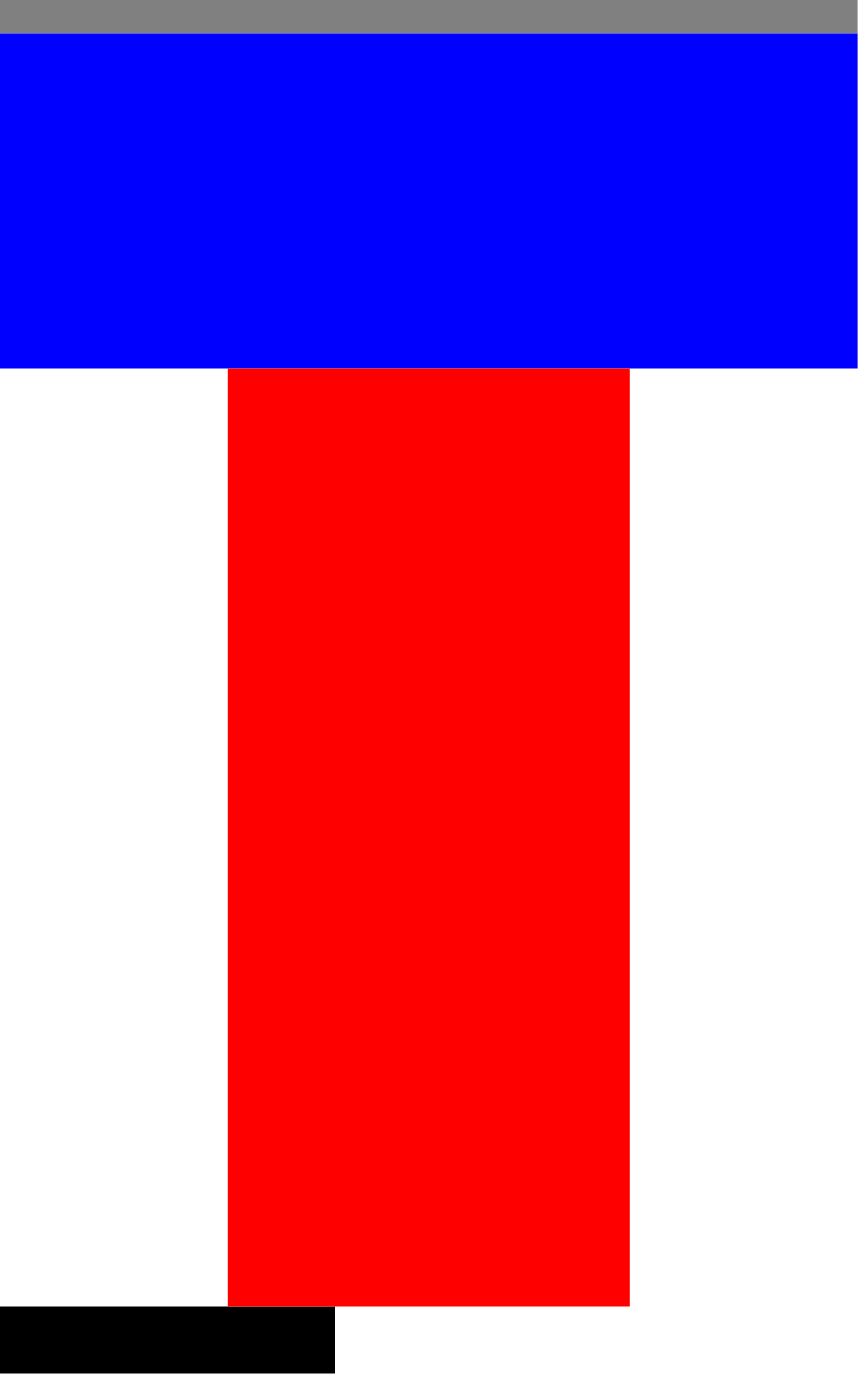
Repository: yukito7878/HTML-CSS-practice
Page: caravan/index.html
The author's editor kept a record of every edit. The page is drawn from the files as they stood at one moment, then again after the next edit.
The browser window is 1280 px wide. The pictures show the whole page, at 67% of full size.

Above is the page before.

After the next edit:
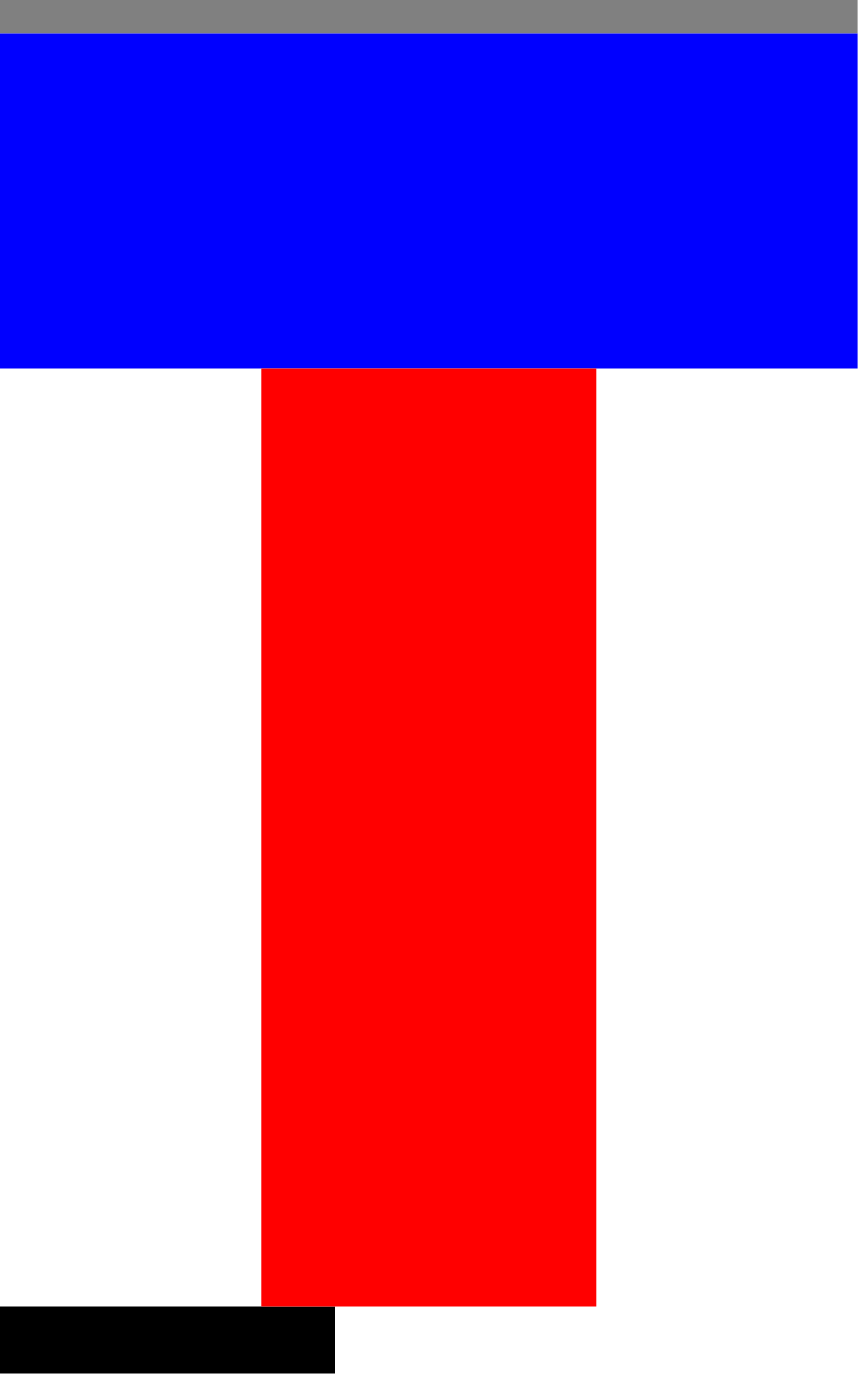
The edit:
--- a/caravan/style1.css
+++ b/caravan/style1.css
@@ -25,7 +25,7 @@
 }
 
 .blog{
-  width: 600px;
+  width: 500px;
   height: 1400px;
   background-color: red;
 }
